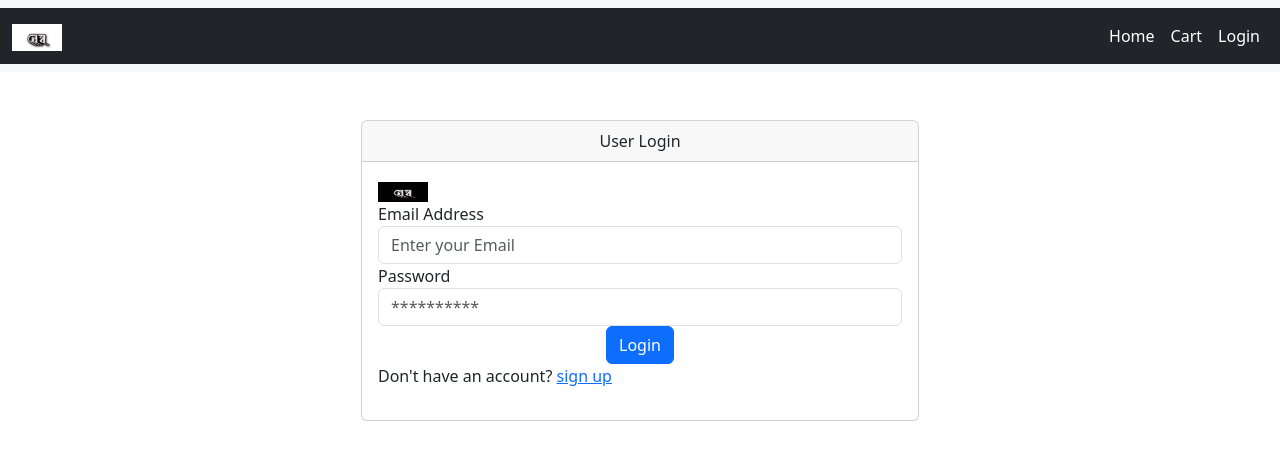
Repository: sagarhomie/Shrestha-Instrument-
Page: http://localhost/Ecommerce/login.jsp
An editor plug-in stored every save of this project. The page is shown before and after the next save, followed by the edit.
The browser window is 1280 px wide. The pictures show the whole page.
The page is served by Tomcat 9.

Above is the page before, as saved 2024-05-26 14:44:54.

After the next save:
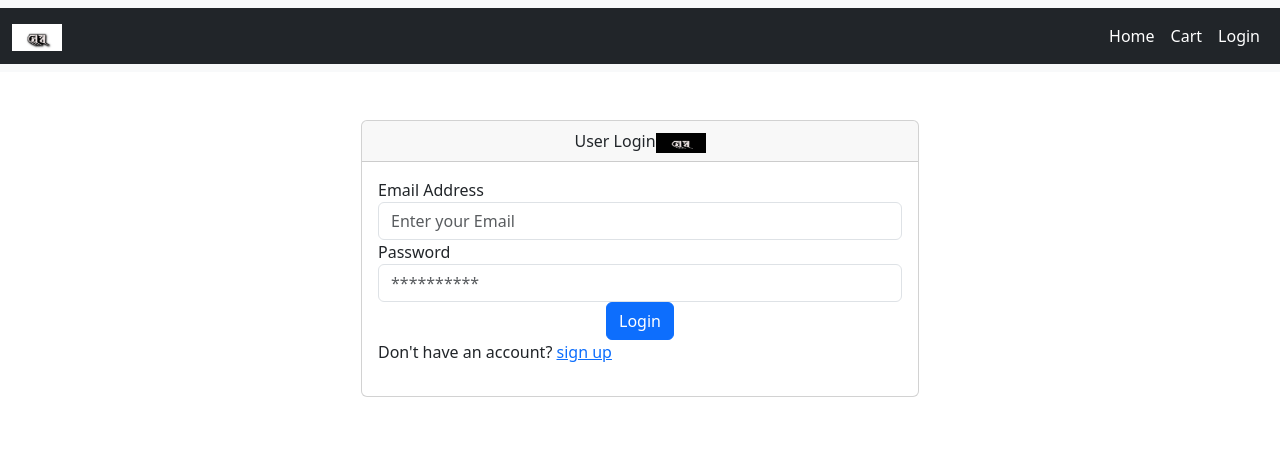
Saved 32 s later.
--- a/Ecommerce/WebContent/login.jsp
+++ b/Ecommerce/WebContent/login.jsp
@@ -36,9 +36,9 @@
 <%@include file="includes/navbar.jsp" %>
 	<div class="container">
 		<div class="card w-50 mx-auto my-5">
-			<div class="card-header text-center">User Login</div>
+			<div class="card-header text-center">User Login<img src="product-images/homelogo.jpg"></div>
 			<div class="card-body">
-			<img src="product-images/homelogo.jpg">
+
 				<form action="LoginServlet" method="post">
 					<div class="form-group">
 						<label>Email Address</label> <input type="email"
